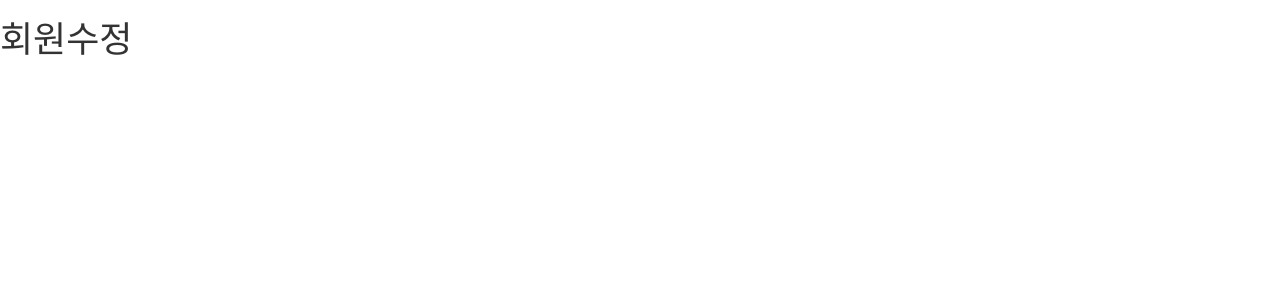
Repository: juhee1020/studying
Page: http://localhost/jsp02_database/jsp01_connect/jsp02_updateMember.jsp
The author's editor kept a copy of each file at every save. The page is drawn from the files as they stood at one save, then again after the next save.
The browser window is 1280 px wide. The pictures show the whole page.
The page is served by Tomcat 9.

Above is the page before, as saved 2022-12-15 02:13:38.

After the next save:
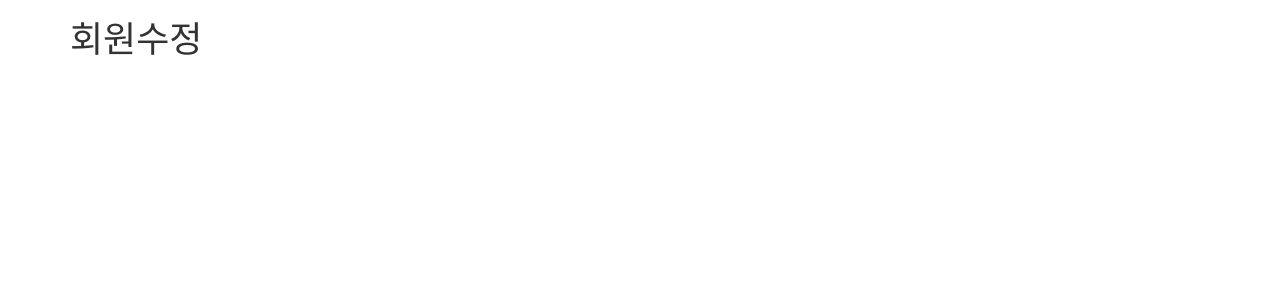
Saved 3 min 12 s later.
--- a/JSP/jsp02_database/WebContent/jsp01_connect/jsp02_updateMember.jsp
+++ b/JSP/jsp02_database/WebContent/jsp01_connect/jsp02_updateMember.jsp
@@ -10,6 +10,8 @@
   	<script src="https://maxcdn.bootstrapcdn.com/bootstrap/3.4.1/js/bootstrap.min.js"></script>
 </head>
 <body>
-	<h1>회원수정</h1>
+	<div class="container">
+		<h1>회원수정</h1>
+	</div>
 </body>
 </html>
